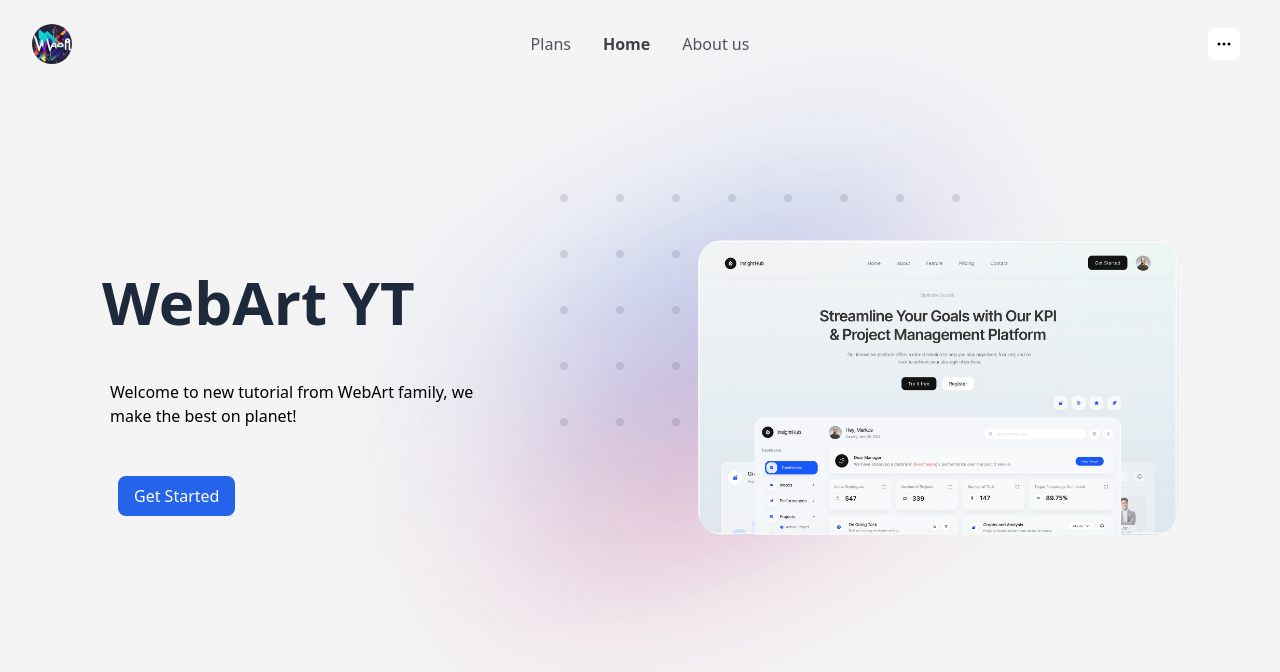
Repository: 30namp/youtube-web-art-code
Page: stunning landing page 1/index.html
These files come from the project's save history. The page is drawn as it stood at one moment and after the next save; the edit follows.
The browser window is 1280 px wide. The pictures show the whole page.

Above is the page before, as saved 2024-09-26 21:19:29.

After the next save:
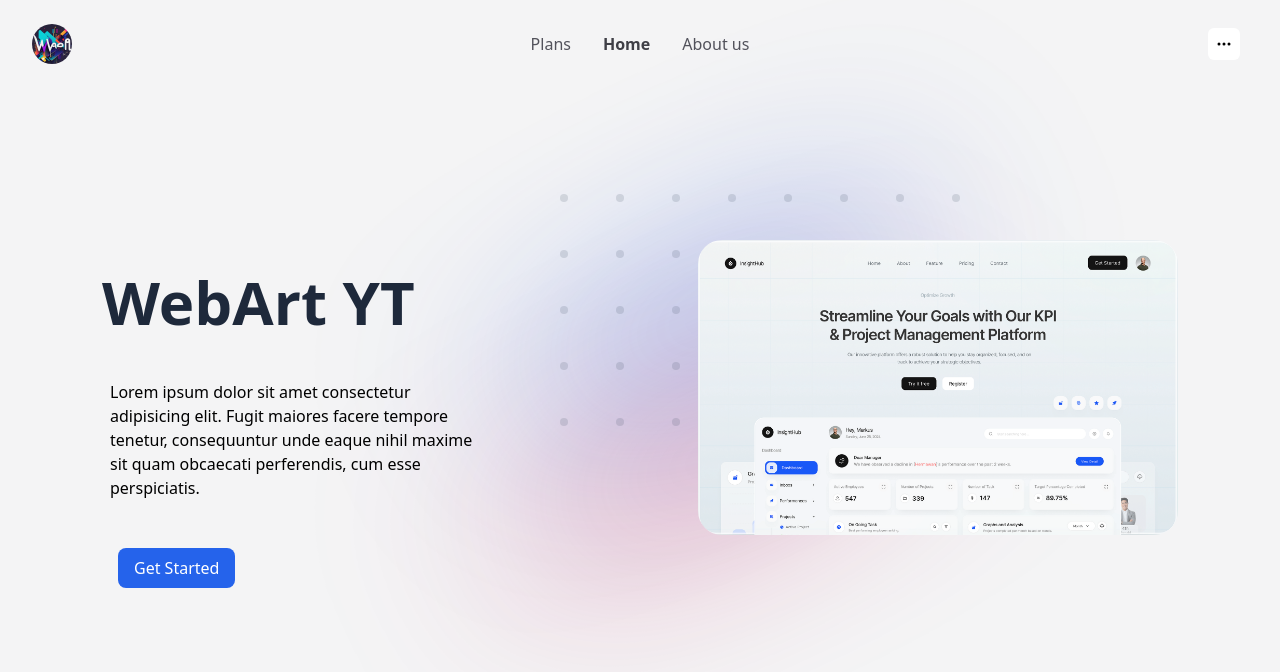
Saved 11 s later.
--- a/stunning landing page 1/index.html
+++ b/stunning landing page 1/index.html
@@ -95,8 +95,9 @@
       <div class="content flex flex-col items-start gap-12 pt-8">
         <h1 class="text-6xl font-bold text-slate-800">WebArt YT</h1>
         <p class="description w-96 ml-2">
-          Welcome to new tutorial from WebArt family, we make the best on
-          planet!
+          Lorem ipsum dolor sit amet consectetur adipisicing elit. Fugit maiores
+          facere tempore tenetur, consequuntur unde eaque nihil maxime sit quam
+          obcaecati perferendis, cum esse perspiciatis.
         </p>
         <button
           class="ml-4 px-4 py-2 rounded-lg bg-blue-600 text-white hover:scale-105 active:scale-100 transition"
